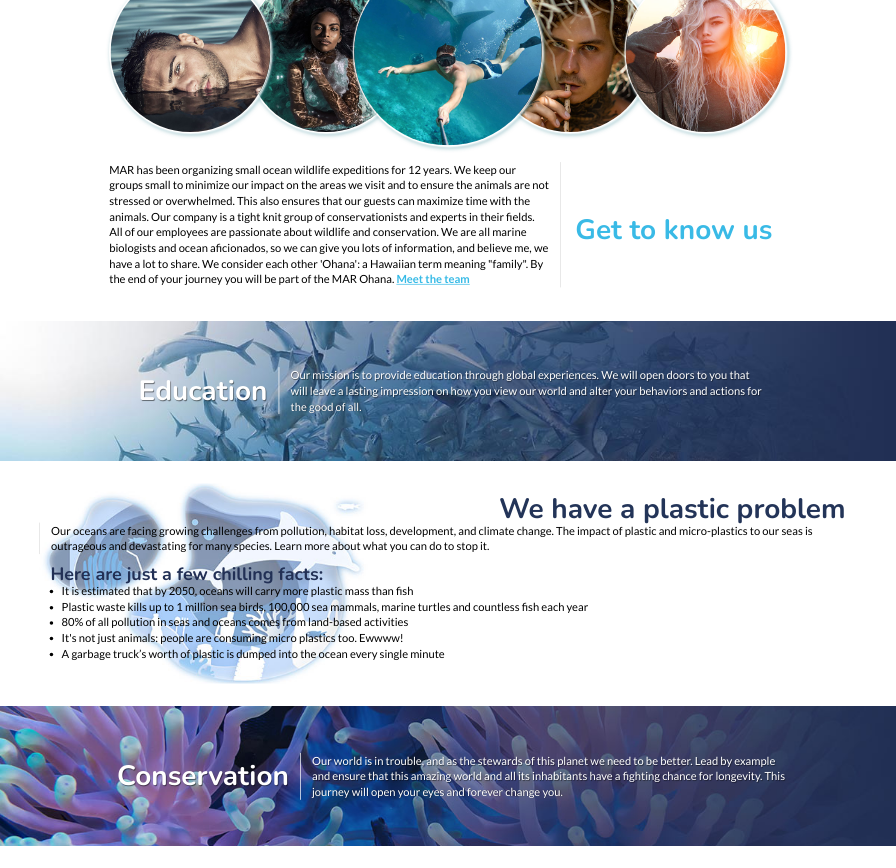
Repository: mariocapitbrok/css-combining-grid-and-flexbox-ch04
Page: 04_10/04_10_start.html
The author's editor kept a copy of each file at every save. The page is drawn from the files as they stood at one save, then again after the next save.
The browser window is 1280 px wide. The pictures show the part of the page from y = 2042 to 3962 px (the page is 3282 px tall before and 3962 px after), at 70% of full size.

Above is the page before, as saved 2022-10-10 20:27:43.

### 04_10/04_10_start.html
<!DOCTYPE html>
<html lang="en">
<head>
  <meta charset="UTF-8">
  <meta name="viewport" content="width=device-width, initial-scale=1.0">
  <meta http-equiv="X-UA-Compatible" content="ie=edge">
  <meta name="description" content="MAR is a fictional company, the concept and design was created by Emily Kay for use on the Grid and Flexbox training course with Linkedin Learning">
  <meta name="author" content="Concept and design by Emily Kay">

  <title>MAR, Marine Awareness Retreats | transformative ocean-based trips focused on altering perceptions and habits</title>

  <link rel="shortcut icon" type="image/x-icon" href="images/favicon.ico">
  <link rel="apple-touch-icon" href="images/favicon.png">
  <!-- load font awesome -->
  <link rel="stylesheet" href="https://cdnjs.cloudflare.com/ajax/libs/font-awesome/5.15.3/css/all.min.css">
  <!-- load google fonts -->
  <link href="https://fonts.googleapis.com/css2?family=Lato:ital,wght@0,300;0,400;0,700;1,300;1,400&family=Nunito:ital,wght@0,200;0,300;0,400;0,600;0,700;0,800;1,400&display=swap" rel="stylesheet">

  <link rel="stylesheet" href="styles/base.css">

</head>
<body>

  <!-- header / hero -->
  <header class="hero" id="home">
    <img src="images/ecoSystems.png" alt="ocean ecosystems">
    <article>
      <h1>Marine Awareness Retreats.</h1>
      <p>We are an organization focused on educating and raising awareness about the importance of our ocean’s ecosystems. We create life-altering experiences that literally change perceptions and perspectives. Join us for an incredible trip that will educate and forever change you.</p>
      <button>Learn more about our trips <i class="fas fa-angle-double-right"></i></button>
    </article>
  </header>

  <!-- navigation -->
  <section class="navWrap">
    <img src="images/marLogo.svg" alt="MAR logo" class="logo">
    <input type="checkbox" id="navToggle" class="navToggle">
    <label for="navToggle" class="navToggleLabel"><span></span></label>
    <nav>
      <ul>
        <li><a href="#home">Home</a></li>
        <li><a href="#team">About</a></li>
        <li><a href="#gallery">Gallery</a></li>
        <li><a href="#problem">Blog</a></li>
        <li><a href="#contact">Contact</a></li>
        <li><a href="#trips" class="btn">Book an experience</a></li>
      </ul>
    </nav>
  </section>


  <main>

  <!-- Trips -->
  <section class="trips" id="trips">
    <article>
      <h1>Our trips</h1>
      <p>We have trips worldwide; incredible experiences that will not only provide unique animal interactions but will also introduce you to local heroes that are making a difference in their communities each and every day. Our trips educate and connect you with conservationists that are making changes in small communities. Little steps with huge impacts!</p>
    </article>
    <ul class="tripList">
      <li>
        <img src="images/trip01.jpg" alt="humpback whales">
        <h3>Humpback Whales</h3>
        <p>Tonga is a special place to visit - and if you go at the right time, you will be forever changed by seeing these gentle giants swimming with babies and engaging in heat runs. The excitement level is high on this trip; there’s nothing like hearing the song of a humpback whale as he tries to encourage a female to mate with him. Conservation is top priority among the locals, who do their best to ensure that the whales have a safe place to mate and birth.</p>
        <a href="#">Whales in Tonga <i class="fas fa-angle-double-right"></i></a>
      </li>
      <li>
        <img src="images/trip02.jpg" alt="Great Barrier Reef">
        <h3>GB Reef</h3>
        <p>Sail to some of the most incredible islands and dive sites in the world. The Great Barrier Reef is the world’s largest living organism, stretching over 2,000 km down the eastern coast of Australia. This trip will allow you to ‘live’ on the reef. We will visit turtle conservatories, shark protected breeding grounds, and you’ll learn about measures that are being taken to preserve this treasure.</p>
        <a href="#">Sail the Reef <i class="fas fa-angle-double-right"></i></a>
      </li>
      <li>
        <img src="images/trip03.jpg" alt="Galapagos">
        <h3>Galapagos</h3>
        <p>This trip is an amazing opportunity to visit many of the islands in the archipelago. There is so much diversity and an abundance of wildlife that is found nowhere else on earth. We will spend 10 days with sharks, mantas, turtles, ocean iguanas and so much more. Learn about the unique conservation efforts and amazing animals found only in the Galapagos.</p>
        <a href="#">Diversity central <i class="fas fa-angle-double-right"></i></a>
      </li>
      <li>
        <img src="images/trip04.jpg" alt="Sharks">
        <h3>Sharks</h3>
        <p>Want to swim with sharks? This trip is for you. We will see tiger sharks, hammerheads, lemons and occasionally whale sharks. Not only will you have a thrill experiencing silent, graceful beauties swim right by you, you will also learn about the importance of sharks. These top-level predators are necessary for a healthy ocean and help keep all the other species healthy as well.</p>
        <a href="#">Sharks, sharks, sharks! <i class="fas fa-angle-double-right"></i></a>
      </li>
      <li>
        <img src="images/trip05.jpg" alt="Coral">
        <h3>Coral Restoration</h3>
        <p>Learn about coral re-growth and restoration. On this trip you will work with a team of coral specialists. You’ll see how they grow and care for the coral polyps, and once they are large enough, how each one is meticulously attached to the reef. You will help our team monitor assess the health of corals at various stages of growth and even be able to attach new coral to help the reef grow!</p>
        <a href="#">Thailand coral project <i class="fas fa-angle-double-right"></i></a>
      </li>
      <li>
        <img src="images/trip06.jpg" alt="Maldives">
        <h3>Maldives</h3>
        <p>Our Maldives experience combines adventure with cultural and sustainable travel. Our tours allow guests to learn about the Maldives, and its culture, beliefs, and traditions through the eyes of a local. You’ll stay in an overwater bungalow that overlooks a richly diverse lagoon. The island is a safe nesting site for Olive Ridley and Green Sea Turtles. You’ll also be able to work with locals, assisting with rescues and rehabilitation in this incredible ecosystem.</p>
        <a href="#">Culural ocean safari <i class="fas fa-angle-double-right"></i></a>
      </li>
    </ul>
  </section>

  <!-- CTA1 -->
  <section class="cta cta1">
    <h1>Experience</h1>
    <p>Our trips provide you with an opportunity to do more. You’ll experience cultural differences, learn about animals and people, and you’ll leave with your perceptions dramatically altered. Our local partners run an unforgettable journey. Come experience these magical moments that will stay with you for a lifetime!</p>
  </section>

  <!-- Team -->
  <section class="team" id="team">
    <h1>Get to know us</h1>
    <ul class="teamMembers">
      <li><img src="images/team01.jpg" alt="team member"></li>
      <li><img src="images/team02.jpg" alt="team member"></li>
      <li><img src="images/team03.jpg" alt="team member"></li>
      <li><img src="images/team04.jpg" alt="team member"></li>
      <li><img src="images/team05.jpg" alt="team member"></li>
    </ul>
    <p>MAR has been organizing small ocean wildlife expeditions for 12 years. We keep our groups small to minimize our impact on the areas we visit and to ensure the animals are not stressed or overwhelmed. This also ensures that our guests can maximize time with the animals. Our company is a tight knit group of conservationists and experts in their fields. All of our employees are passionate about wildlife and conservation. We are all marine biologists and ocean aficionados, so we can give you lots of information, and believe me, we have a lot to share. We consider each other 'Ohana': a Hawaiian term meaning "family". By the end of your journey you will be part of the MAR Ohana. <a href="#">Meet the team</a></p>
  </section>

  <!-- CTA2 -->
  <section class="cta cta2">
    <h1>Education</h1>
    <p>Our mission is to provide education through global experiences. We will open doors to you that will leave a lasting impression on how you view our world and alter your behaviors and actions for the good of all.</p>
  </section>

  <!-- Problem -->
  <section class="problem" id="problem">
    <h1>We have a plastic problem</h1>
    <p>Our oceans are facing growing challenges from pollution, habitat loss, development, and climate change. The impact of plastic and micro-plastics to our seas is outrageous and devastating for many species. Learn more about what you can do to stop it.</p>
    <h3>Here are just a few chilling facts:</h3>
    <ul>
      <li>It is estimated that by 2050, oceans will carry more plastic mass than fish</li>
      <li>Plastic waste kills up to 1 million sea birds, 100,000 sea mammals, marine turtles and countless fish each year</li>
      <li>80% of all pollution in seas and oceans comes from land-based activities</li>
      <li>It's not just animals: people are consuming micro plastics too. Ewwww!</li>
      <li>A garbage truck’s worth of plastic is dumped into the ocean every single minute</li>
    </ul>
    <img src="images/problem2.jpg" alt="dead sea turtle">
  </section>


  <!-- Actions -->


  <!-- CTA3 -->
  <section class="cta cta3">
    <h1>Conservation</h1>
    <p>Our world is in trouble, and as the stewards of this planet we need to be better. Lead by example and ensure that this amazing world and all its inhabitants have a fighting chance for longevity. This journey will open your eyes and forever change you.</p>
  </section>

  <!-- Photo Gallery -->

  </main>


  <!-- Footer -->
  <footer>

  <!-- Contact Form -->

  <!-- Social Media -->

  <!-- Contact Info -->

  </footer>
</body>
</html>

### 04_10/styles/base.css
/*

TABLE OF CONTENTS

  1. Global styles
  2. Hero
  3. Navigation
  4. Trips
  5. CTA
  6. Team
  7. Problem
    7a. Actions
  8. Gallery
  9. Footer
    9a. Contact
    9b. Connect
  10. Media Queries
    10a. Media Query, (min-width: 700px)
      10a-i. Hero
      10a-ii. Navigation, Large screen
      10a-iii. Trips, Large screen
      10a-iv. CTA summaries, Large screen rules
      10a-v. Team, Large screen rules
      10a-vi. Problem
    10b. Media Query, (min-width: 1000px)

*/

/* ############ 1. Global Styles ############ */
 article, aside, details, figcaption, figure, footer, header, hgroup, menu, nav, section {
   display: block;
}

 * {
   padding: 0;
   margin: 0;
   box-sizing: border-box;
   font-size: 100%;
 }

 body > * {
   font-family: 'Lato', sans-serif;
   line-height: 1.4;
 }

 img {
   max-width: 100%;
   height: auto;
 }

 h1, h2, h3, h4 {
   font-family: 'Nunito', sans-serif;
   line-height: 1;
 }

 h1 {
   font-size: 2.5rem;
 }

 h2 {
   font-size: 2rem;
 }

 h3 {
   font-size: 1.6rem;
 }

 h4 {
   font-size: 1.4rem;
 }

 p {
   line-height: 1.4;
 }

a {
  color: #36bae6;
  font-weight: bold;
}

a:hover {
  color: #e06630;
}

i {
  padding-left: .5rem;
}

/* ############ 2. Hero ############ */
.hero {
  background: url("../images/header1_sm.jpg") no-repeat center right;
  background-size: cover;
  color: #fff;
  font-size: 20px;
  text-align: center;
  display: grid;
  grid-template-columns: 10px 2fr 10px;
  grid-template-rows: .5fr 1fr 20px;
  grid-gap: 20px;
 }

.hero img {
  margin: auto;
  padding-top: 1rem;
  grid-column: 2 / 3;
  grid-row: 1 / 2;
}

.hero article {
  grid-column: 2 / 3;
  grid-row: 2 / 3;
}

.hero h1 {
  font-size: 2rem;
  text-transform: uppercase;
}

.hero button {
  background-color: #fff;
  border: none;
  border-radius: 4px;
  color: #2abadf;
  font-size: 1rem;
  padding: 5px 10px;
  margin: .75rem auto 0;
}


/* ############ 3. Navigation ############ */
.logo {
  max-width: 90px;
 }

.navWrap {
  position: sticky;/*  ** note the menu will not be sticky until we add more page content */
  top: 0;
  z-index: 99;
  height: 48px;
  width: 100%;
  background-color: #212f54;
  border-bottom: 1px solid #e0e5eb;
  box-shadow: 0px 1px 8px #223055;
  padding: 0 1.5rem;
  display: flex;
  align-items: center;
  justify-content: space-between;
}

input#navToggle {
  display: none;
}

input#navToggle ~ label {
  position: relative;
  padding: 0.25rem;
  width: 2rem;
  height: 1.25rem;
  height: 2rem;
}

input#navToggle ~ label > span,
input#navToggle ~ label > span::before,
input#navToggle ~ label > span::after {
  content: "";
  display: block;
  position: absolute;
  top: .75rem;
  height: 0.125rem;
  width: 1.75rem;
  opacity: 1;
  background: #fff;
  transition: 0.14s ease-in-out;
}

input#navToggle ~ label > span::before {
  top: -0.5rem;
}

input#navToggle ~ label > span::after {
  top: 0.5rem;
}

#navToggle:checked ~ label > span {
  width: 0;
  background: rgba(18, 18, 18, 0);
}

#navToggle:checked ~ label > span::before {
  transform: rotateZ(45deg);
  top: 0;
}

#navToggle:checked ~ label > span::after {
  transform: rotateZ(-45deg);
  top: 0;
}

#navToggle:checked ~ nav {
  left: 0;
}

nav {
  position: absolute;
  z-index: -1;
  top: 3.0rem;
  left: -110%;
  width: 100%;
  transition: 0.22s ease-in-out;
}

nav::after {
  content: "";
  position: absolute;
  top: 0;
  z-index: -1;
  height: 100vh;
  width: 100vw;
  background-color: #13b1e7;
  background-size: cover;
}

nav ul {
    list-style-type: none;
}

nav ul li a {
  display: inline-block;
  text-decoration: none;
  width: 100%;
  padding: .75rem 1rem;
  color: #fff;
  border-bottom: solid 1px rgba(255,255,255,.5);
  transition: 0.14s ease-in-out;
}

nav ul li a:hover {
  color: #36bae6;
  background: #e0e5eb;
}

nav ul li:last-of-type::before {
  content: "";
  display: block;
  padding: .5rem;
  }

nav .btn {
  background: #fff;
  border-bottom: none;
  border-radius: 4px;
  box-shadow: inset 0 0 5px #eeb80c;
  color: #223054;
  width: 40%;
  padding: 0.25rem .6rem;
  letter-spacing: 1px;
  text-shadow: 0 0 1px rgb(19,177,231);
  display: flex;
  justify-content: center;
  margin: auto;
}

nav .btn:hover {
  background-color: #223054;
  box-shadow: inset 0 0 5px #13b1e7;
  color: #fff;
}

/* ############ 4. Trips ############ */
.trips {
  padding: 1rem;
  margin: auto;
  max-width: 1200px;
}

.trips article {
  margin: 2rem auto;
  width: 80%;
  max-width: 1000px;
}

.trips h1 {
  color: #3abadf;
  font-size: 3rem;
  margin-left: 1rem;
}

.trips article p {
  border-left: solid 1px #dedede;
  padding-left: 1rem;
}

.tripList {
  list-style-type: none;
  display: grid;
  grid-template-columns: repeat(auto-fit, minmax(260px, 1fr));
  grid-gap: 1rem;
}

.tripList li {
  background-color: rgba(255,255,255,.9);
  border-radius: 6px;
  border: solid 1px #dedede;
  box-shadow: 0 2px 5px rgba(0,0,0,0.1);
  padding: 1.8rem;
  display: grid;
  grid-template-columns: 1fr;
  grid-template-rows: auto minmax(140px, 1fr) auto;
}

.tripList h3, .tripList img {
  grid-row: 1 / 2;
  grid-column: 1;
}

.tripList h3 {
  background-color: rgba(255,255,255,.5);
  color: #fff;
  padding: .5rem;
  margin-bottom: 1rem;
  text-align: center;
  text-shadow: 1px 1px 2px rgba(51,51,51,.7);
  align-self: end;
}

.trips a {
  border-radius: 3px;
  background-color: #39bae6;
  color: #fff;
  height: 2rem;
  margin-top: 1rem;
  text-decoration: none;
  display: flex;
  justify-content: center;
  align-items: center;
}

.trips a:hover {
  background-color: #333;
}


/* ############ 5. CTA ############ */
.cta {
  background-repeat: no-repeat;
  background-position: center center;
  background-size: cover;
  color: #fff;
  margin: 2rem auto;
  padding: 2rem;
  text-shadow: 1px 1px 1px rgb(0 0 0 / 50%);
}

.cta1 {
  background-image: url("../images/ctaBG1_sm.jpg");
}

.cta2 {
  background-image: url("../images/ctaBG2_sm.jpg");
}

.cta3 {
  background-image: url("../images/ctaBG3_sm.jpg");
}

.cta h1 {
  margin-left: 1rem;
}

.cta p {
  border-left: solid 1px #fff;
  padding-left: 1rem;
  max-width: 700px;
}


/* ############ 6. Team ############ */
.team {
  margin: 1rem;
}

.team h1 {
  text-align: center;
  color: #39bae6;
}

.team p {
  margin-bottom: 1rem;
}

.teamMembers {
  list-style-type: none;
  margin: 1rem 0;
  display: grid;
  grid-template-columns: repeat(10, 1fr);
  align-items: center;
}

.teamMembers li {
  grid-row: 1 / 2;
}

.teamMembers li:nth-child(1) {
  grid-column: 1 / 4;
  order: 1;
}

.teamMembers li:nth-child(2) {
  grid-column: 3 / 6;
}

.teamMembers li:nth-child(3) {
  grid-column: 4 / 8;
  order: 1;
  text-align: center;
}

.teamMembers li:nth-child(4) {
  grid-column: -3 / 6;
  text-align: right;
}

.teamMembers li:nth-child(5) {
  grid-column: -4 / -1;
  text-align: right;
}

.teamMembers li:hover {
  order: 2;
}

.teamMembers img {
  border-radius: 50%;
  width: 80%;
  box-shadow: 1px 1px 3px #fff, 2px 2px 6px rgb(28 121 138 / 50%);
  border: solid 2px rgba(255,255,255,.8);
}

.teamMembers li:nth-child(3) img {
  width: 70%;
}


/* ############ 7. Problem ############ */
section.problem {
  padding: 1rem;
  margin: auto;
}

.problem h1 {
  margin-left: 1rem;
  color: #35b1e8;
}

.problem h1 ~ p {
  border-left: solid 1px #dedede;
  padding-left: 1rem;
}

.problem h3 {
  margin: 1rem 0 0 1rem;
  color: #223055;
}

.problem ul {
  margin: 0 0 1rem 3rem;
}

.problem img {
  margin: auto;
  display: block;
}

/* ############ 7a. Problem > Action ############ */


/* ############ 8. Gallery ############ */


/* ######### 9. Footer ######### */

/* ######### 9a. Footer > Contact ######### */

/* ######### 9b. Footer > Connect ######### */


/* ############ 10. Media Queries ############ */

/* ############ 10a. Media Query, (min-width: 700px) ############ */
@media screen and (min-width: 700px) {
  /* ######### 10a-i. HERO, Large screen rules ######### */
  header.hero {
    background: url(../images/header1_lg.jpg) no-repeat center left;
    background-size: cover;
    text-align: left;
    grid-template-columns: repeat(6, 1fr);
    grid-template-rows: .25fr 1fr .25fr;
    align-items: center;
  }

  .hero img {
    margin: 0 0 0 auto;
    grid-row: 2 / 3;
  }

  .hero article {
   max-width: 1000px;
   grid-column: 3 / 6;
  }

/* ######### 10a-ii. Navigation, Large screen rules ######### */
  .navWrap {
    display: grid;
    grid-template-columns: 100px minmax(auto, 1100px);
    justify-content: center;
    height: auto;
  }

  .navToggleLabel {
    display: none;
  }

  nav {
    position: initial;
  }

  nav ul {
    display: flex;
    justify-content: flex-end;
    align-items: center;
  }

  nav ul li a {
    border-bottom: none;;
  }

  nav ul li a:hover {
    background: transparent;
  }

  nav::after, nav ul li:last-of-type::before {
    display: none;
    padding: initial;
  }

  nav .btn {
    width: auto;
    background: #13b1e7;
    color: #fff;
    letter-spacing: normal;
    text-shadow: none;
    box-shadow: none;
  }

  nav.btn:hover {
    box-shadow: inset 0 0 5px #13b1e7;
    background-color: #223054;
  }

/* ######### 10a-iii. Trips, Large screen rules ######### */
  .tripList {
  grid-template-columns: repeat(auto-fit, minmax(300px, 1fr));
  }

  .trips article {
   width: 90%;
   display: flex;
   align-items: center;
  }

  .trips h1 {
    margin: 0 1rem 0 0;
  }

  .trips p {
    flex: 3;
  }

/* ######### 10a-iv. CTA summaries, Large screen rules ######### */
  .cta {
    min-height: 200px;
    display: flex;
    align-items: center;
    justify-content: center;
  }

  .cta1 {
    background-image: url("../images/ctaBG1_lg.jpg");
  }

  .cta2 {
    background-image: url("../images/ctaBG2_lg.jpg");
  }

  .cta3 {
    background-image: url("../images/ctaBG3_lg.jpg");
  }

  .cta h1 {
    margin-right: 1rem;
  }

/* ######### 10a-v. Team, Large screen rules ######### */
  .team {
    max-width: 1000px;
    margin: auto;
    padding: 0 1rem;
    display: grid;
    grid-template-columns: 1fr .5fr;
    grid-template-rows: repeat(2, auto);
  }

  .team h1 {
    order: 2;
    grid-column: 2 / -1;
    align-self: center;
  }

  .teamMembers {
    order: 1;
    grid-column: 1 / -1;
  }

  .team p {
    border-right: solid 1px #dedede;
    padding-right: 1rem;
    order: 2;
    grid-column: 1 / 2;
    grid-row: 2 / 3;
  }

  /* ######### 10a-vi. Problem, Large screen rules ######### */

  section.problem {
    background: url(../images/problem1.png) no-repeat center left;
    max-width: 1200px;
    display: grid;
  }

  .problem h1 {
    color: #233458;
    padding-right: 1rem;
    text-align: right;
    text-shadow: 1px 1px 2px #fff;
  }

  .problem h1 ~ p, .problem h3, .problem ul {
  }

  .problem ul {
    margin-left: 2rem;
    padding-right: 1rem;
  }

  .problem img {
    display: none;
  }


}

/* ############ 10b. Media Query, (min-width: 1000px) ############ */
@media screen and (min-width: 1000px) {

}

After the next save:
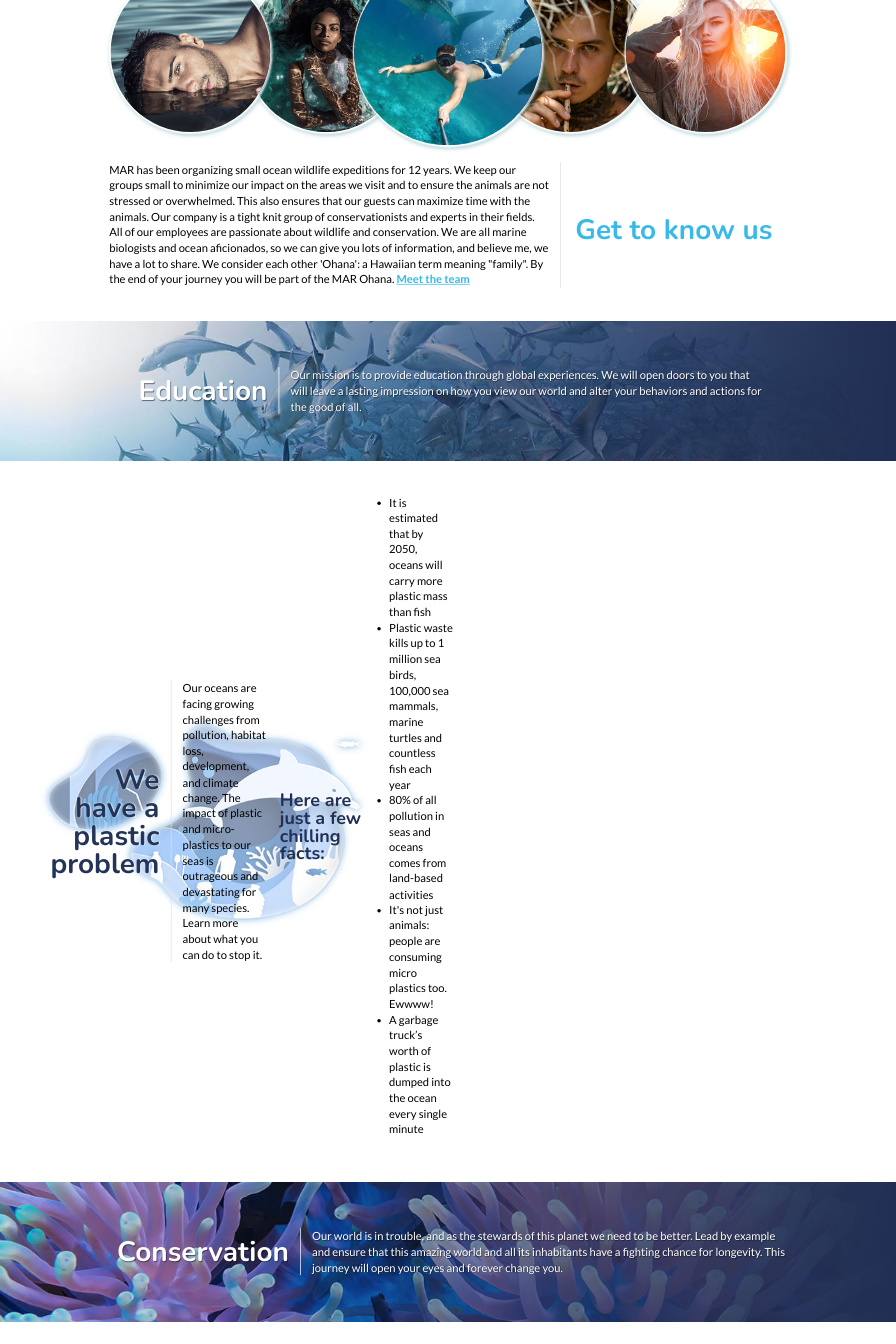
Saved 39 s later.
--- a/04_10/styles/base.css
+++ b/04_10/styles/base.css
@@ -635,6 +635,8 @@ section.problem {
     background: url(../images/problem1.png) no-repeat center left;
     max-width: 1200px;
     display: grid;
+    grid-template-columns: repeat(8, 1fr);
+    align-items: center;
   }
 
   .problem h1 {
